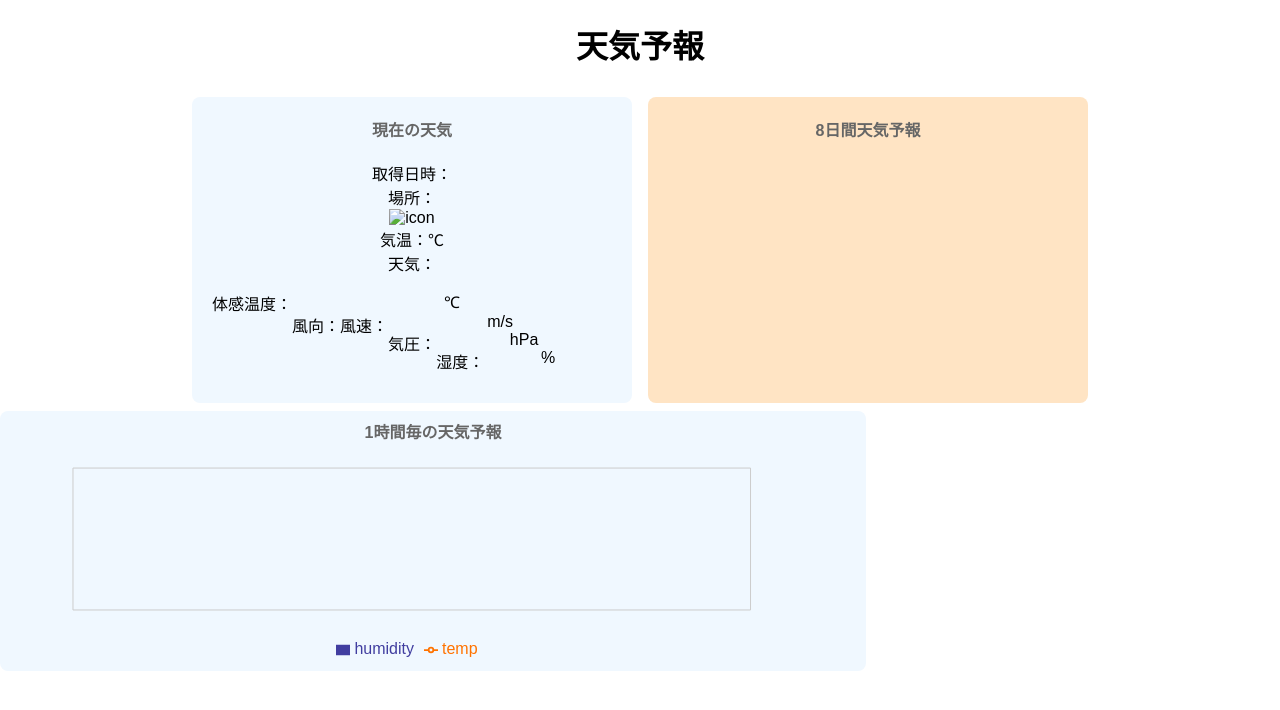
Repository: IshigureTomoki/weather-app
Page: /
These files come from the project's save history. The page is drawn as it stood at one moment and after a run of saves; the edit follows.
The browser window is 1280 px wide. The pictures show the whole page.
The page's requests for data from a server got no answer. The project was rebuilt for these pictures with package versions that can differ from the ones it lists, and the page was loaded fresh each time. No one was signed in, and anything a server would have sent is missing.

Above is the page before, as saved 2022-02-25 14:45:58.

### src/App.tsx
import axios from "axios";
import { report } from "process";
import React, { useEffect, useState } from "react";
import { convertTypeAcquisitionFromJson } from "typescript";
import "./App.css";
import { LinePlot } from "./components/LinePlot";

function App() {
  useEffect(() => {
    wetherOneCall();
  }, []);

  type weatherReportType = {
    time: string;
    timezone: string;
    temp: string;
    feels_like: string;
    wind_deg: string;
    wind_speed: string;
    pressure: string;
    humidity: string;
    weatherDescription: string;
    weatherIcon: string;
  };

  type weatherDailyReportsType = {
    dt: number;
    temp: {
      max: string;
      min: string;
    };
    weather: [
      {
        description: string;
        icon: string;
        id: string;
        main: string;
      }
    ];
  };

  type weatherHourlyReportsType = {
    time: string;
    temp: string;
    humidity: string;
  };

  const [weatherReport, setWeatherReport] = useState<weatherReportType>();
  const [weatherDailyReports, setWeatherDailyReports] = useState<
    weatherDailyReportsType[]
  >([]);

  const [weatherHourlyReports, setWeatherHourlyReports] = useState<
    weatherHourlyReportsType[]
  >([]);
  const [serchCity, setSearchCity] = useState("");

  const time = (dt: number) => {
    const srTime = new Date(dt * 1000);
    const time = srTime.toLocaleTimeString();
    return `${time}`;
  };

  const hour = (dt: number) => {
    const srTime = new Date(dt * 1000);
    const hour = srTime.getHours();
    return `${hour}`;
  };

  const mday = (dt: number) => {
    const srTime = new Date(dt * 1000);
    const day = srTime.toLocaleDateString();
    return `${day}`;
  };

  const date = (dt: number) => {
    const srTime = new Date(dt * 1000);
    const date = srTime.getDate();
    return `${date}`;
  };

  const dayOfWeekStr = (dt: number) => {
    const srTime = new Date(dt * 1000);
    const day = srTime.getDay();
    const dayOfWeekStrJP = ["日", "月", "火", "水", "木", "金", "土"];
    return `(${dayOfWeekStrJP[day]})`;
  };

  const wetherOneCall = async () => {
    await axios
      .get(
        "https://api.openweathermap.org/data/2.5/onecall?lat=35.690&lon=139.692&lang=ja&units=metric&appid=ff86fbdda3c22e95ce0071f6a7826f6c"
      )
      .then((res) => {
        console.log(res);

        const get_wind_deg = (wind_deg: number) => {
          let r = "北↓";
          if (wind_deg >= 11.25) r = "北北東";
          if (wind_deg >= 33.75) r = "北東↙︎";
          if (wind_deg >= 56.25) r = "東北東";
          if (wind_deg >= 78.75) r = "東←";
          if (wind_deg >= 101.25) r = "東南東";
          if (wind_deg >= 123.75) r = "南東↖︎";
          if (wind_deg >= 146.25) r = "南南東";
          if (wind_deg >= 168.75) r = "南↑";
          if (wind_deg >= 191.25) r = "南南西";
          if (wind_deg >= 213.75) r = "南西↗︎";
          if (wind_deg >= 236.25) r = "西南西";
          if (wind_deg >= 258.75) r = "西→";
          if (wind_deg >= 281.25) r = "西北西";
          if (wind_deg >= 303.75) r = "北西↘︎";
          if (wind_deg >= 326.25) r = "北北西";
          return r;
        };

        const report = {
          time: `${mday(res.data.current.dt)} ${time(res.data.current.dt)}`,
          timezone: res.data.timezone,
          temp: res.data.current.temp,
          feels_like: res.data.current.feels_like,
          wind_deg: get_wind_deg(res.data.current.wind_deg),
          wind_speed: res.data.current.wind_speed,
          pressure: res.data.current.pressure,
          humidity: res.data.current.humidity,
          weatherDescription: res.data.current.weather[0].description,
          weatherIcon: `http://openweathermap.org/img/wn/${res.data.current.weather[0].icon}@2x.png`,
        };

        const hourlyreports = res.data.hourly.map(
          (hourly: any, index: number) => {
            return {
              time: hour(hourly.dt),
              temp: hourly.temp,
              humidity: hourly.humidity,
            };
          }
        );

        hourlyreports.length = 24;

        console.log(report);
        setWeatherReport(report);
        setWeatherDailyReports(res.data.daily);
        console.log(hourlyreports);
        setWeatherHourlyReports(hourlyreports);
      });
  };
  return (
    <>
      <div className="App">
        <h1>天気予報</h1>
        <div className="upper">
          <div className="now-area">
            <div className="title">現在の天気</div>
            <div>取得日時：{weatherReport?.time}</div>
            <div>場所：{weatherReport?.timezone}</div>
            <div>
              <img src={weatherReport?.weatherIcon} alt="icon"
                      width={120}/>
            </div>
            <div>気温：{weatherReport?.temp}℃</div>
            <div>天気：{weatherReport?.weatherDescription}</div>
            <dl>
              <dt>体感温度</dt>
              <dd>{weatherReport?.feels_like}℃</dd>
              <dt>風向</dt>
              <dd>{weatherReport?.wind_deg}</dd>
              <dt>風速</dt>
              <dd>{weatherReport?.wind_speed}m/s</dd>
              <dt>気圧</dt>
              <dd>{weatherReport?.pressure}hPa</dd>
              <dt>湿度</dt>
              <dd>{weatherReport?.humidity}%</dd>
            </dl>
          </div>

          <div className="dayly-area">
            <div className="title">8日間天気予報</div>

            {weatherDailyReports.map((report) => (
              <>
                <div className="dayly">
                  <div className="daylyd">
                    {date(report.dt)}
                    {dayOfWeekStr(report.dt)}
                  </div>
                  <div className="daylyi">
                    <img
                      src={`http://openweathermap.org/img/wn/${report.weather[0].icon}@2x.png`}
                      alt="icon"
                      width={40}
                    />
                  </div>
                  <div className="daylyde">{report.weather[0].description}</div>
                  <div className="daylym">
                    {report.temp.max}/{report.temp.min}℃
                  </div>
                </div>
              </>
            ))}
          </div>
        </div>

        <div className="hourly-area">
          <div className="title">1時間毎の天気予報</div>
          <LinePlot data={weatherHourlyReports} />
        </div>
      </div>
    </>
  );
}

export default App;

### src/App.css
body {
  font-family: sans-serif;
}

.App{
  text-align: center;
}

.upper{
  display: flex;
  justify-content: center;
}
.now-area {
  text-align: center;
  background-color: aliceblue;
  width: 400px;
  padding: 20px;
  margin: 8px;
  border-radius: 8px;
}

dt {
  float: left;
}

dt::after {
  content: "：";
}

.dayly-area {
  text-align: center;
  background-color: bisque;
  width: 400px;
  padding: 20px;
  margin: 8px;
  border-radius: 8px;
}

.dayly {
  display: flex;
}

.daylyd {
  width:60px
}

.daylyi {
  width:90px
}

.daylym {
  width:150px
}

.daylyde {
  width:100px
}

.hourly-area {
  background-color: aliceblue;
  width: 850px;
  padding: 8px;
  margin: 0px;
  border-radius: 8px;
}
.title {
  text-align: center;
  margin: 0px 0px 20px 0px;
  font-weight: bold;
  color: #666;
}

### src/components/LinePlot.tsx
import {
  Line,
  CartesianGrid,
  XAxis,
  YAxis,
  Tooltip,
  Bar,
  ComposedChart,
  ResponsiveContainer,
  Legend,
} from "recharts";

export const LinePlot = (props: any) => {
  const data = props.data;
  // const data = [
  //   { time: "15", temp: 8.67, humidity: 5 },
  //   { time: "16", temp: 8.87, humidity: 24 },
  //   { time: "17", temp: 8.61, humidity: 25 },
  //   { time: "18", temp: 8.26, humidity: 26 },
  //   { time: "19", temp: 6.67, humidity: 60 },
  //   { time: "20", temp: 5.31, humidity: 68 },
  //   { time: "21", temp: 3.73, humidity: 10 },
  //   { time: "22", temp: 3.32, humidity: 22 },
  // ];
  console.log(data);
  return (
    <ResponsiveContainer width="95%" height={200}>
      <ComposedChart  data={data}>
        <Bar
          yAxisId={2}
          dataKey="humidity"
          barSize={15}
          fill="#413ea0"
          label={{ fill: "white", fontSize: 10 }}
        />
        <Line yAxisId={1} type="monotone" dataKey="temp" stroke="#ff7300" />
        <CartesianGrid stroke="#ccc" />
        <XAxis dataKey="time" label={{ value: "時刻", dx: 5 }} />
        <YAxis yAxisId={1} tickCount={8} unit="℃" label={{ value: "気温" }} />
        <YAxis
          yAxisId={2}
          tickCount={8}
          unit="%"
          label={{ value: "降水確率", dx: 5 }}
          orientation="right"
        />
        <Legend />
        <Tooltip />
      </ComposedChart>
    </ResponsiveContainer>
  );
};

Loaded but not shown: public/index.html (common file); src/index.tsx (common file); src/index.css (common file); src/reportWebVitals.ts (common file)

After the next 2 saves:
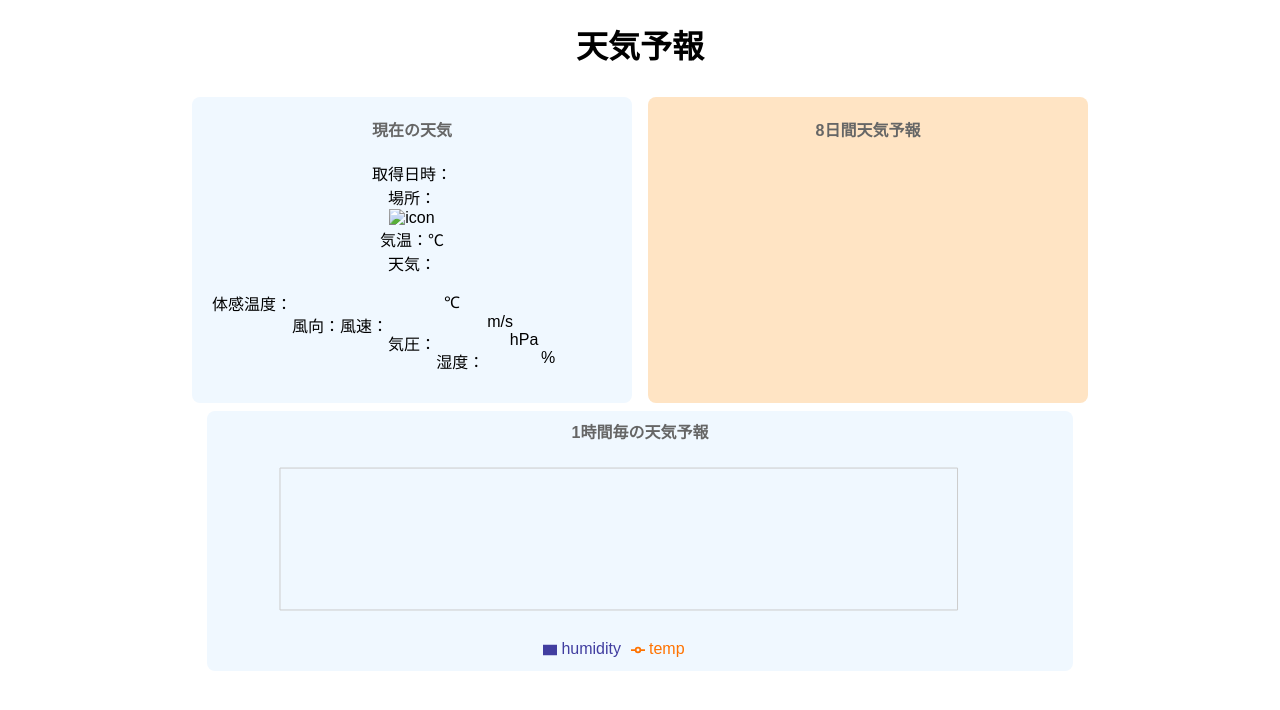
The 2 saves are shown as one change because they came seconds apart.
The last was saved 6 s later.
--- a/src/App.css
+++ b/src/App.css
@@ -60,7 +60,7 @@ dt::after {
   background-color: aliceblue;
   width: 850px;
   padding: 8px;
-  margin: 0px;
+  margin: 0 auto;
   border-radius: 8px;
 }
 .title {
